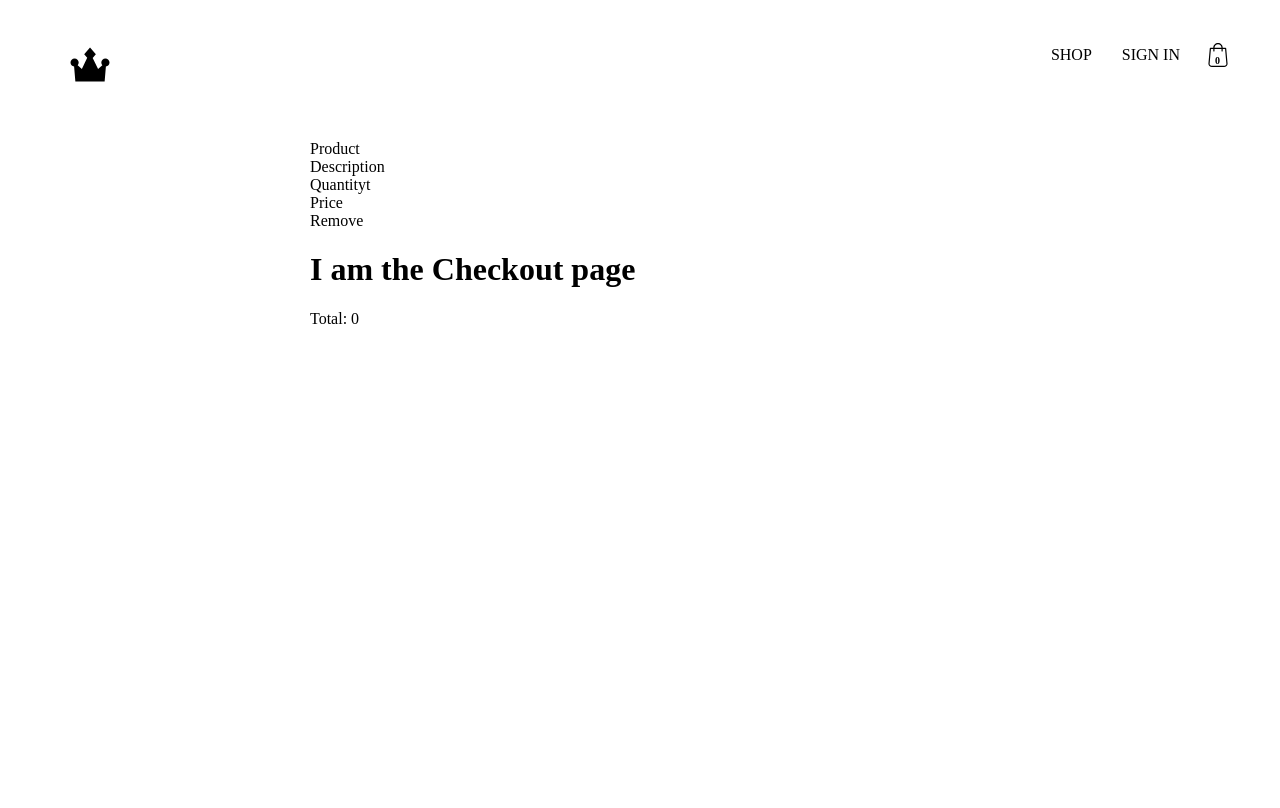
Repository: Chadi2000/crwn-clothing
Page: /checkout
An editor plug-in stored every save of this project. The page is shown before and after the next save, followed by the edit.
The browser window is 1280 px wide. The pictures show the whole page.
The project was rebuilt for these pictures with package versions that can differ from the ones it lists, and the page was loaded fresh each time. Also part of the build but not shown: src/categories.styles.scss, src/components/category-item/category-item.styles.scss, src/components/category-item/category-item.component.jsx, src/components/directory/directory.styles.scss, src/components/directory/directory.component.js, src/routes/home/home.component.jsx, src/components/button/button.styles.scss, src/components/button/button.component.jsx and 16 more.

Above is the page before, as saved 2024-02-18 20:57:12.

### public/index.html
<!DOCTYPE html>
<html lang="en">
  <head>
    <meta charset="utf-8" />
    <link rel="icon" href="%PUBLIC_URL%/favicon.ico" />
    <meta name="viewport" content="width=device-width, initial-scale=1" />
    <meta name="theme-color" content="#000000" />
    <meta
      name="description"
      content="Web site created using create-react-app"
    />
    <link rel="apple-touch-icon" href="%PUBLIC_URL%/logo192.png" />
    <link rel="preconnect" href="https://fonts.googleapis.com">
    <link rel="preconnect" href="https://fonts.gstatic.com" crossorigin>
    <link
    href="https://fonts.googleapis.com/css2?family=Open+Sans:ital,wght@0,300..800;1,300..800&family=Roboto:wght@300&display=swap"
    rel="stylesheet">
    <!--
      manifest.json provides metadata used when your web app is installed on a
      user's mobile device or desktop. See https://developers.google.com/web/fundamentals/web-app-manifest/
    -->
    <link rel="manifest" href="%PUBLIC_URL%/manifest.json" />
    <!--
      Notice the use of %PUBLIC_URL% in the tags above.
      It will be replaced with the URL of the `public` folder during the build.
      Only files inside the `public` folder can be referenced from the HTML.

      Unlike "/favicon.ico" or "favicon.ico", "%PUBLIC_URL%/favicon.ico" will
      work correctly both with client-side routing and a non-root public URL.
      Learn how to configure a non-root public URL by running `npm run build`.
    -->
    <title>React App</title>
  </head>
  <body>
    <noscript>You need to enable JavaScript to run this app.</noscript>
    <div id="root"></div>
    <!--
      This HTML file is a template.
      If you open it directly in the browser, you will see an empty page.

      You can add webfonts, meta tags, or analytics to this file.
      The build step will place the bundled scripts into the <body> tag.

      To begin the development, run `npm start` or `yarn start`.
      To create a production bundle, use `npm run build` or `yarn build`.
    -->
  </body>
</html>

### src/index.js
import React from 'react';
import ReactDOM from 'react-dom/client';
import './index.scss';
import App from './App';
import reportWebVitals from './reportWebVitals';
import { BrowserRouter } from 'react-router-dom';
import { UserProvider } from './contexts/user.context';
import { ProductProvider } from './contexts/products.context';
import { CartProvider } from './contexts/cart.context';

const root = ReactDOM.createRoot(document.getElementById('root'));
root.render(
  <React.StrictMode>
    <BrowserRouter>
      <UserProvider>
        <ProductProvider>
          <CartProvider>
            <App />
          </CartProvider>
        </ProductProvider>
      </UserProvider>
    </BrowserRouter>
  </React.StrictMode>
);

// If you want to start measuring performance in your app, pass a function
// to log results (for example: reportWebVitals(console.log))
// or send to an analytics endpoint. Learn more: https://bit.ly/CRA-vitals
reportWebVitals();

### src/index.scss
body {
  margin: 0;
  padding: 20px 40px;
  font-family: 'Open Sans'
    sans-serif;
    font-weight: 300 800;
  font-stretch: 100%;
  font-display: swap;
  -webkit-font-smoothing: antialiased;
  -moz-osx-font-smoothing: grayscale;
}

code {
  font-family: source-code-pro, Menlo, Monaco, Consolas, 'Courier New',
    monospace;
}

a{
  text-decoration: none;
  color: black;
}

* {
  box-sizing: border-box;
}

### src/App.js
import './categories.styles.scss';
import { Outlet } from 'react-router-dom';
import Directory from './components/directory/directory.component';
import Home from './routes/home/home.component';
import { Routes, Route } from 'react-router-dom';
import Navigation from './routes/navigation/navigation.component';
import Authentication from './routes/authentication/authentication.component';
import Shop from './routes/shop/shop.component';
import Checkout from './routes/checkout/checkout.component';




const App = () => {


 return(
  <Routes>
    <Route path='/' element={<Navigation />}>
      <Route path='/' element={<Home />} />
      <Route path='shop' element={<Shop/>} />
      <Route path='/auth' element= {<Authentication />} />
      <Route path='/checkout' element={<Checkout />} />

    </Route>

  </Routes>
 );
}

export default App;

### src/contexts/user.context.jsx
import { createContext, useState, useEffect  } from "react";
import { createUserDocumentFromAuth, onAuthStateChangedListener } from "../utils/firebase/firebase.utils";

//as the actual value you want to access
export const  UserContext = createContext({
    currentUser:null,
    setCurrentUser: () => null
});

export const UserProvider = ({ children}) =>{
    const [currentUser, setCurrentUser] = useState(null);
    const value = {currentUser, setCurrentUser };

    useEffect(()=>{
        const unsubscribe = onAuthStateChangedListener((user) =>{
            if(user){
                createUserDocumentFromAuth(user);
            }
            setCurrentUser(user);
        });

        return unsubscribe;
    },[]);

    return <UserContext.Provider value={value}>
        {children}
    </UserContext.Provider>
}

### src/contexts/products.context.jsx
import { createContext, useState } from "react";

import PRODUCTS from '../shop-data.json'

export const ProductsContext = createContext({
    products:[]
});

export const ProductProvider = ({children}) =>{
    const [products, setProducts] = useState(PRODUCTS);
    const value = {products};
    return (

        <ProductsContext.Provider value={value}>
            {children}
        </ProductsContext.Provider>
    )
}

### src/contexts/cart.context.jsx
import { createContext, useState, useEffect } from "react";

const addCartItem= (cartItems, productToAdd) =>{
    const existingCartItem = cartItems.find((cartItem)=>
        cartItem.id === productToAdd.id
    )

    if(existingCartItem){
        return cartItems.map((cartItem) =>
        cartItem.id === productToAdd.id ?
        {...cartItem, quantity: cartItem.quantity + 1}
        : cartItem
        );
    }

    return [ ...cartItems, {...productToAdd, quantity:1}];
}
const removeCartItem = (cartItems, cartItemToRemove) => {
    const existingCartItem = cartItems.find((cartItem)=>
    cartItem.id === cartItemToRemove.id);

    if(existingCartItem.quantity === 1){
        return cartItems.filter((cartItem)=>
            cartItem.id !== cartItemToRemove.id
        );
    }
    return cartItems.map((cartItem)=>
    cartItem.id === cartItemToRemove.id ?
    {...cartItem, quantity: cartItem.quantity -1}
    : cartItem
)
}

export const CartContext = createContext({
    isCartOpen: false,
    setIsCartOpen: () =>{},
    cartItems:[],
    addItemToCart: () =>{},
    removeCartItem: () =>{},
    cartCount: 0
})

export const CartProvider = ({children}) =>{
    const [isCartOpen, setIsCartOpen] = useState(false);
    const [cartItems, setCartItems] = useState([]);
    const [cartCount, setCartCount] = useState(0);

    useEffect(()=>{
        const newCartCount = cartItems.reduce((total, cartItem)=>
        total+ cartItem.quantity,0)
        setCartCount(newCartCount);
    },[cartItems])

    const addItemToCart = (productToAdd) =>{
        setCartItems(addCartItem(cartItems, productToAdd))
    }

    const removeItemFromCart = (cartItemToRemove) =>{
        setCartItems(removeCartItem(cartItems, cartItemToRemove))
    }




    const value = {isCartOpen, setIsCartOpen, addItemToCart, removeItemFromCart,cartItems, cartCount}

    return (
        <CartContext.Provider value={value}>
            {children}
        </CartContext.Provider>
    )
}

### src/routes/navigation/navigation.component.jsx
import { Outlet, Link } from "react-router-dom"
import { Fragment, useContext } from "react";
import { ReactComponent as CrwnLogo } from "../../assets/crown.svg";
import './navigation.styles.scss';
import { UserContext } from "../../contexts/user.context";
import { CartContext } from "../../contexts/cart.context";
import { signOutUser } from "../../utils/firebase/firebase.utils";
import CartIcon from "../../components/cart-icon/cart-icon.component";
import CartDropdown from "../../components/cart-dropdown/cart-dropdown.component";

const Navigation = () =>{
  const { currentUser } = useContext(UserContext);
  const { isCartOpen } = useContext(CartContext);

    return (
      <Fragment>
        <div className="navigation">
            <Link className="logo-container" to='/'>
                <CrwnLogo />
            </Link>

          <div className="nav-links-container">
            <Link className="nav-link"  to='/shop'>
                SHOP
            </Link>
            {
              currentUser ? (
                <span className='nav-link' onClick={signOutUser}> SIGN OUT</span>
               ) : (<Link className="nav-link"  to='/auth'>
                SIGN IN
            </Link>
              )}
              <CartIcon />
          </div>
          {isCartOpen && <CartDropdown />}
        </div>
        <Outlet />
      </Fragment>
    )
  }

  export default Navigation;

### src/routes/checkout/checkout.component.jsx
import { useContext } from 'react';
import { CartContext } from '../../contexts/cart.context';

import './checkout.styles.scss';

const Checkout = () =>{
    const {cartItems, addItemToCart, removeItemFromCart} = useContext(CartContext)
    return (
        <div className='checkout-container'>
            <div className='checkout-header'>
                <div className='header-block'>
                    <span>Product</span>
                </div>
                <div className='header-block'>
                    <span>Description</span>
                </div>
                <div className='header-block'>
                    <span>Quantityt</span>
                </div>
                <div className='header-block'>
                    <span>Price</span>
                </div>
                <div className='header-block'>
                    <span>Remove</span>
                </div>
            </div>
            <h1>I am the Checkout page</h1>

                {
                    cartItems.map((cartItem)=>{
                        const { id, name, quantity }  = cartItem;
                        return  <div key={id}>
                                <h2>{name}</h2>
                                <span>{quantity}</span> <br/>
                                <span onClick={()=>removeItemFromCart(cartItem)} >decrement</span><br/>
                                <span onClick={()=>addItemToCart(cartItem)}>increment</span>
                            </div>
                    })
                }

            <span className='Total'>Total: 0</span>
        </div>
    )
}

export default Checkout;

### src/utils/firebase/firebase.utils.js
import {initializeApp} from 'firebase/app';
import {
     getAuth,
     signInWithRedirect,
     signInWithPopup,
     GoogleAuthProvider,
     createUserWithEmailAndPassword,
     signInWithEmailAndPassword,
     signOut,
     onAuthStateChanged
    } from 'firebase/auth';

import {
    getFirestore,
    doc,
    getDoc,
    setDoc
}  from'firebase/firestore'

const firebaseConfig = {
    apiKey: "AIzaSyCFm4naOY8EzymqmFzu3h2__lM1anMpCoU",
    authDomain: "crwn-clothing-db-ab0ad.firebaseapp.com",
    projectId: "crwn-clothing-db-ab0ad",
    storageBucket: "crwn-clothing-db-ab0ad.appspot.com",
    messagingSenderId: "89349111223",
    appId: "1:89349111223:web:714444d59a5d8bfdf53c32"
  };

  // Initialize Firebase
  const firebaseApp = initializeApp(firebaseConfig);
  const googleProvider = new GoogleAuthProvider();

  googleProvider.setCustomParameters({
    prompt: "select_account"
  })

  export const auth = getAuth();
  export const signInWithGooglePopup = () =>
   signInWithPopup(auth, googleProvider);
  export const signInWithGoogleRedirect =()=>
   signInWithRedirect(auth, googleProvider)

  export const db = getFirestore();
  export const createUserDocumentFromAuth = async (
    userAuth,
    additionalInformation={}
    )=>{
    if(!userAuth) return ;
    const userDocRef = doc(db,'users',userAuth.uid )

    console.log(userDocRef);

    const userSnapshot = await getDoc(userDocRef);
    console.log(userSnapshot);
    console.log(userSnapshot.exists());

    if(!userSnapshot.exists()){
        const {displayName , email} = userAuth;
        const createdAt = new Date();

        try{
            await setDoc(userDocRef, {
                displayName,
                email,
                createdAt,
                ...additionalInformation
            })
        }catch(error){
            console.log('error creating the user', error.message)
        }
    }

    return userDocRef;
  }

  export const createAuthUserWithEmailAndPassword = async (email, password)=>{
    if(!email || !password) return;
    return await createUserWithEmailAndPassword(auth, email, password)
  };

  export const signInAuthUserWithEmailAndPassword = async (email, password)=>{
    if(!email || !password) return;
    return await signInWithEmailAndPassword(auth, email, password)
  };

  export const signOutUser = async () => await signOut(auth);

  export const onAuthStateChangedListener = (callback)=>
    onAuthStateChanged(auth, callback);

### src/shop-data.json
[
    {
        "id":1,
        "name":"Brown Brim",
        "imageURL":"https://i.ibb.co/ZYW3VTp/brown-brim.png",
        "price": 25
    },
    {
        "id":2,
        "name":"Blue Beanie",
        "imageURL":"https://i.ibb.co/ypkgK0X/blue-beanie.png",
        "price": 18
    },
    {
        "id":3,
        "name":"Brown Cowboy",
        "imageURL":"https://i.ibb.co/QdJwgmp/brown-cowboy.png",
        "price": 25
    },
    {
        "id":4,
        "name":"Grey Brim",
        "imageURL":"https://i.ibb.co/RjBLWxB/grey-brim.png",
        "price": 35
    },
    {
        "id":5,
        "name":"Green Beanie",
        "imageURL":"https://i.ibb.co/YTjW3vF/green-beanie.png",
        "price": 18
    },
    {
        "id":6,
        "name":"Palm Tree Cap",
        "imageURL":"https://i.ibb.co/rKBDvJX/palm-tree-cap.png",
        "price": 14
    },
    {
        "id":7,
        "name":"Red Beanie",
        "imageURL":"https://i.ibb.co/bLB646Z/red-beanie.png",
        "price": 18
    },
    {
        "id":8,
        "name":"Wolf Cap",
        "imageURL":"https://i.ibb.co/1f2nWMM/wolf-cap.png",
        "price": 14
    },
    {
        "id":9,
        "name":"Blue Snapback",
        "imageURL":"https://i.ibb.co/X2VJP2W/blue-snapback.png",
        "price": 16
    }



]

### src/routes/navigation/navigation.styles.scss
.navigation{
    height: 70px;
    width: 100%;
    display: flex;
    justify-content: space-between;
    margin-bottom: 25px;

    .logo-container{
        height: 100%;
        width: 70px;
        padding: 25px;
        -webkit-box-align: center;
        align-items: center;
        justify-content: center;
    }
    .nav-links-container{
        width: 50%;
        height: 100%;
        -webkit-box-align: center;
        align-items: center;
        -webkit-box-pack: end;
        display: flex;
        justify-content: flex-end;
        .nav-link{
            padding: 10px 15px;
            cursor: pointer;
        }
    }


}

### src/components/cart-icon/cart-icon.component.jsx
import './cart-icon.styles.scss';
import { useContext } from 'react';
import {ReactComponent as ShoppingIcon} from '../../assets/shopping-bag.svg'
import { CartContext } from '../../contexts/cart.context';

const CartIcon = ()=> {
    const { isCartOpen , setIsCartOpen, cartCount } = useContext( CartContext );


    const toggleIsCartOpen = () => setIsCartOpen(!isCartOpen);


    return (
        <div className='cart-icon-container' onClick={toggleIsCartOpen} >
            <ShoppingIcon className='shopping-icon' />
            <span className='item-count'>{cartCount}</span>
        </div>
    )
}

export default CartIcon;

### src/routes/checkout/checkout.styles.scss
.checkout-container{
    width: 55%;
    min-height: 90vh;
    //display: flex;
    flex-direction: column;
    align-items: center;
    margin: 50px auto 0;
}

### src/components/cart-icon/cart-icon.styles.scss
.cart-icon-container{
    width: 45px;
    height: 45px;
    position: relative;
    display: flex;
    align-items: center;
    justify-content: center;
    cursor: pointer;

    .shopping-icon{
        height: 24px;
        width: 24px;
    }

    .item-count{
        position: absolute;
        font-size: 10px;
        font-weight: bold;
        bottom: 12px;
    }
}

Loaded but not shown: src/reportWebVitals.js (common file)

After the next save:
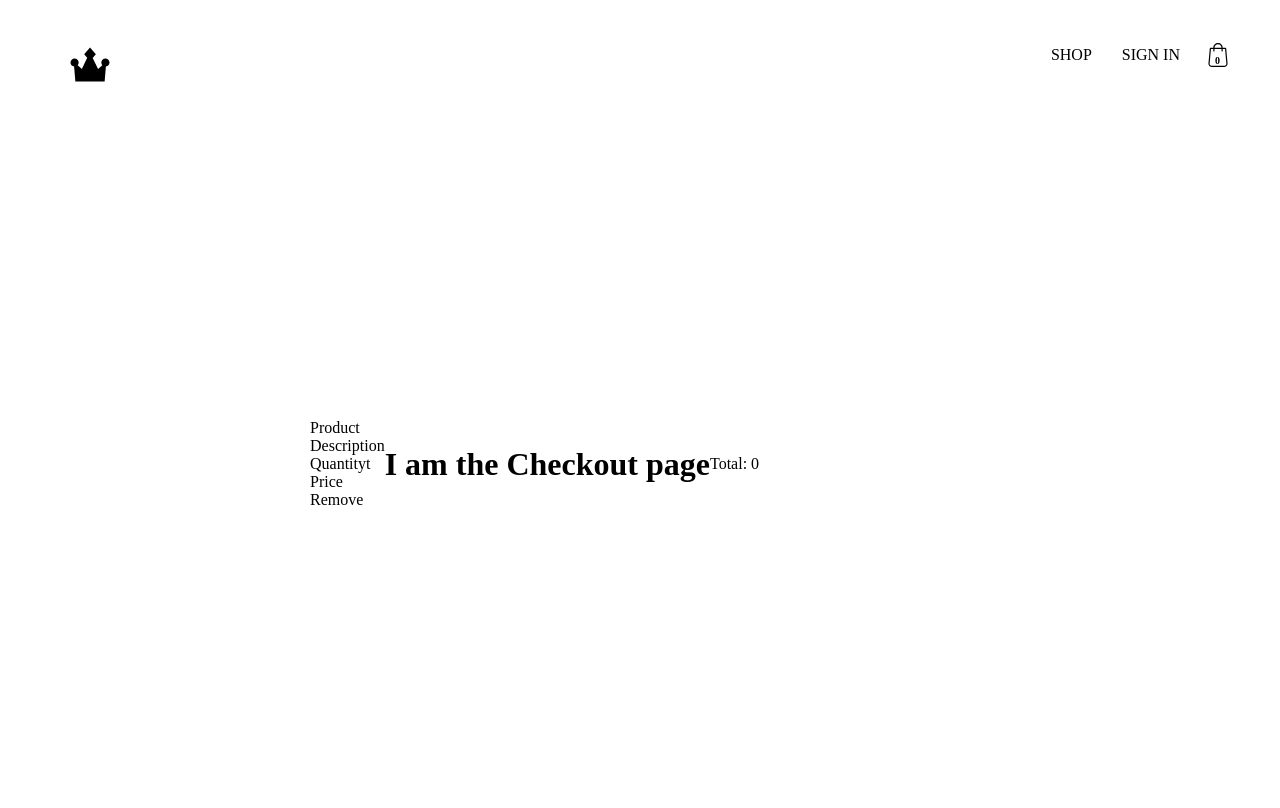
Saved 10 s later.
--- a/src/routes/checkout/checkout.styles.scss
+++ b/src/routes/checkout/checkout.styles.scss
@@ -1,8 +1,8 @@
 .checkout-container{
     width: 55%;
     min-height: 90vh;
-    //display: flex;
-    flex-direction: column;
+    display: flex;
+    //flex-direction: column;
     align-items: center;
     margin: 50px auto 0;
 }
